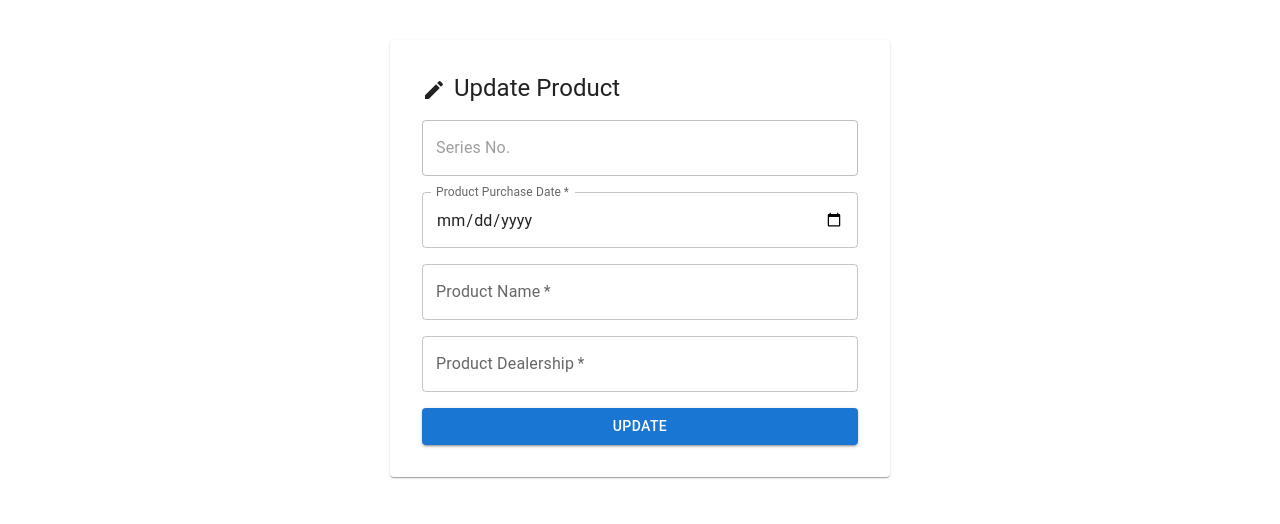
Repository: Sharathguru/Product_Task
Page: /update (app in Frontend/)
The author's editor kept a copy of each file at every save. The page is drawn from the files as they stood at one save, then again after the next save.
The browser window is 1280 px wide. The pictures show the whole page.
The project was rebuilt for these pictures with package versions that can differ from the ones it lists, and the page was loaded fresh each time. Also part of the build but not shown: Frontend/vite.config.js, Frontend/src/index.css, Frontend/src/Components/Navbar.jsx, Frontend/src/Pages/Fetch.jsx, Frontend/src/Components/Home.jsx, Frontend/src/Pages/Insert.jsx, Frontend/src/Pages/Delete.jsx.

Above is the page before, as saved 2025-06-13 16:23:44.

### Frontend/src/App.jsx
import React from 'react'
import { BrowserRouter, Route, Routes } from 'react-router-dom'
import { ToastContainer } from 'react-toastify';
import 'react-toastify/dist/ReactToastify.css';
import Home from './Components/Home'
import Insert from './Pages/Insert'
import Update from './Pages/Update'
import Fetch from './Pages/Fetch'
import Delete from './Pages/Delete'
import './App.css'

const App = () => {
  return (
    <>
      <ToastContainer position="top-right" autoClose={2000} />
      <BrowserRouter>
      <Routes>
        <Route path="/" element={<Home />} />
        <Route path="/insert" element={<Insert />} />
        <Route path="/update" element={<Update />} />
        <Route path="/fetch" element={<Fetch />} />
        <Route path="/delete" element={<Delete />} />
      </Routes>
        {/* <Route path="*" element={<h1>404 Not Found</h1>} /> */}
      </BrowserRouter>
    </>
  )
}

export default App

### Frontend/src/Pages/Update.jsx
import React from "react";
import axios from "../axios/axios.js";
import { useLocation, useNavigate } from "react-router-dom";
import { toast } from "react-toastify";
import {
  Box,
  Button,
  Paper,
  TextField,
  Typography,
  Stack,
  Alert,
} from "@mui/material";
import EditIcon from "@mui/icons-material/Edit";

const Update = () => {
  const location = useLocation();
  const navigate = useNavigate();
  const [id] = React.useState(location.state?.id || "");
  const [data, setData] = React.useState({
    Product_Purchase_Date: "",
    Product_Name: "",
    Product_Dealership: "",
  });
  const [error, setError] = React.useState("");

  // Fetch existing data for the product
  React.useEffect(() => {
    const fetchProduct = async () => {
      if (!id) return;
      try {
        const res = await axios.get(`/user/${id}`);
        if (res.data) {
          setData({
            Product_Purchase_Date: res.data.Product_Purchase_Date,
            Product_Name: res.data.Product_Name,
            Product_Dealership: res.data.Product_Dealership,
          });
        }
      } catch {
        setError("Failed to fetch product data.");
      }
    };
    fetchProduct();
  }, [id]);

  const handleChange = (e) => {
    setData({ ...data, [e.target.name]: e.target.value });
  };

  const handleUpdate = async (e) => {
    e.preventDefault();
    try {
      await axios.put(`/user/${id}`, data);
      toast.success("Product updated successfully!");
      setTimeout(() => navigate("/"), 1000);
    } catch {
      toast.error("Update failed.");
    }
  };

  return (
    <Box sx={{ maxWidth: 500, mx: "auto", mt: 5 }}>
      <Paper sx={{ p: 4 }}>
        <Typography variant="h5" mb={2}>
          <EditIcon sx={{ mr: 1, verticalAlign: "middle" }} />
          Update Product
        </Typography>
        <form onSubmit={handleUpdate}>
          <Stack spacing={2}>
            <TextField
              label="Series No."
              value={id}
              disabled
              fullWidth
            />
            <TextField
              label="Product Purchase Date"
              name="Product_Purchase_Date"
              type="date"
              value={data.Product_Purchase_Date}
              onChange={handleChange}
              required
              InputLabelProps={{ shrink: true }}
              fullWidth
            />
            <TextField
              label="Product Name"
              name="Product_Name"
              value={data.Product_Name}
              onChange={handleChange}
              required
              fullWidth
            />
            <TextField
              label="Product Dealership"
              name="Product_Dealership"
              value={data.Product_Dealership}
              onChange={handleChange}
              required
              fullWidth
            />
            <Button type="submit" variant="contained" color="primary">
              Update
            </Button>
            {error && <Alert severity="error">{error}</Alert>}
          </Stack>
        </form>
      </Paper>
    </Box>
  );
};

export default Update;

### Frontend/src/axios/axios.js
import axios from 'axios'

const instance = axios.create({
    baseURL: 'http://localhost:3000'
})
export default instance

### Frontend/src/Pages/product.js
const productNames = [
  "Samsung AC",
  "LG TV",
  "Sony Camera",
  "Dell Laptop",
  "Apple iPhone"
];

export default productNames;

Loaded but not shown: Frontend/index.html (common file); Frontend/src/main.jsx (common file); Frontend/src/App.css (common file)

After the next save:
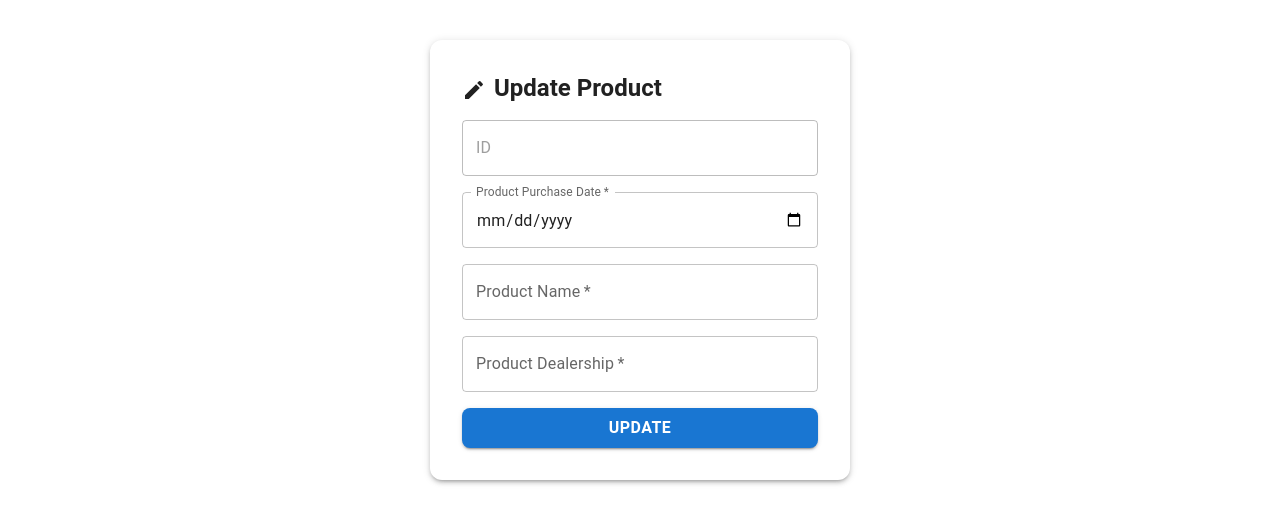
Saved 15 s later.
--- a/Frontend/src/Pages/Update.jsx
+++ b/Frontend/src/Pages/Update.jsx
@@ -10,8 +10,20 @@ import {
   Typography,
   Stack,
   Alert,
+  Autocomplete,
 } from "@mui/material";
 import EditIcon from "@mui/icons-material/Edit";
+import productNames from "./product";
+
+const dealershipOptions = [
+  "Flipkart",
+  "LG-7900T",
+  "DSC-RX100",
+  "Best Buy",
+  "Dealer A",
+  "Dealer B",
+  "Dealer C",
+];
 
 const Update = () => {
   const location = useLocation();
@@ -29,7 +41,7 @@ const Update = () => {
     const fetchProduct = async () => {
       if (!id) return;
       try {
-        const res = await axios.get(`/user/${id}`);
+        const res = await axios.get(`/products/${id}`);
         if (res.data) {
           setData({
             Product_Purchase_Date: res.data.Product_Purchase_Date,
@@ -48,10 +60,17 @@ const Update = () => {
     setData({ ...data, [e.target.name]: e.target.value });
   };
 
+  const handleAutoChange = (name, value) => {
+    setData({
+      ...data,
+      [name]: value,
+    });
+  };
+
   const handleUpdate = async (e) => {
     e.preventDefault();
     try {
-      await axios.put(`/user/${id}`, data);
+      await axios.put(`/products/${id}`, data);
       toast.success("Product updated successfully!");
       setTimeout(() => navigate("/"), 1000);
     } catch {
@@ -60,19 +79,20 @@ const Update = () => {
   };
 
   return (
-    <Box sx={{ maxWidth: 500, mx: "auto", mt: 5 }}>
-      <Paper sx={{ p: 4 }}>
-        <Typography variant="h5" mb={2}>
+    <Box sx={{ maxWidth: 420, mx: "auto", mt: 5 }}>
+      <Paper sx={{ p: { xs: 2, sm: 4 }, borderRadius: 3, boxShadow: 3 }}>
+        <Typography variant="h5" mb={2} sx={{ fontWeight: 700 }}>
           <EditIcon sx={{ mr: 1, verticalAlign: "middle" }} />
           Update Product
         </Typography>
         <form onSubmit={handleUpdate}>
           <Stack spacing={2}>
             <TextField
-              label="Series No."
+              label="ID"
               value={id}
               disabled
               fullWidth
+              variant="outlined"
             />
             <TextField
               label="Product Purchase Date"
@@ -83,24 +103,45 @@ const Update = () => {
               required
               InputLabelProps={{ shrink: true }}
               fullWidth
+              variant="outlined"
             />
-            <TextField
-              label="Product Name"
-              name="Product_Name"
+            <Autocomplete
+              freeSolo
+              options={productNames}
               value={data.Product_Name}
-              onChange={handleChange}
-              required
+              onInputChange={(_, value) => handleAutoChange("Product_Name", value)}
+              renderInput={(params) => (
+                <TextField
+                  {...params}
+                  label="Product Name"
+                  required
+                  fullWidth
+                  variant="outlined"
+                />
+              )}
+            />
+            <Autocomplete
+              freeSolo
+              options={dealershipOptions}
+              value={data.Product_Dealership}
+              onInputChange={(_, value) => handleAutoChange("Product_Dealership", value)}
+              renderInput={(params) => (
+                <TextField
+                  {...params}
+                  label="Product Dealership"
+                  required
+                  fullWidth
+                  variant="outlined"
+                />
+              )}
+            />
+            <Button
+              type="submit"
+              variant="contained"
+              color="primary"
               fullWidth
-            />
-            <TextField
-              label="Product Dealership"
-              name="Product_Dealership"
-              value={data.Product_Dealership}
-              onChange={handleChange}
-              required
-              fullWidth
-            />
-            <Button type="submit" variant="contained" color="primary">
+              sx={{ fontWeight: 600, fontSize: "1rem", borderRadius: 2 }}
+            >
               Update
             </Button>
             {error && <Alert severity="error">{error}</Alert>}
